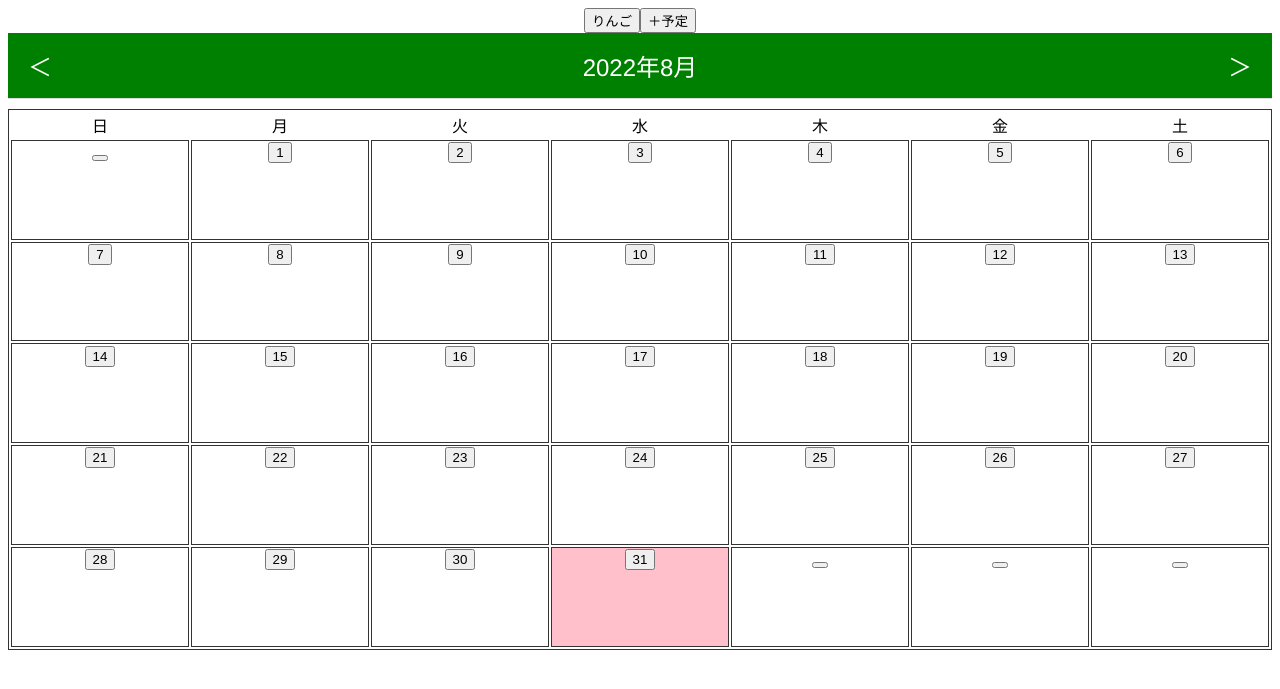
Repository: webex15-team-4/tarava-calendar
Page: /
An editor plug-in stored every save of this project. The page is shown before and after the next save, followed by the edit.
The browser window is 1280 px wide. The pictures show the whole page.
The project was rebuilt for these pictures with package versions that can differ from the ones it lists, and the page was loaded fresh each time. Also part of the build but not shown: vue.config.js, src/components/HelloWorld.vue, src/views/HomeView.vue.

Above is the page before, as saved 2022-09-13 16:54:50.

After the next save:
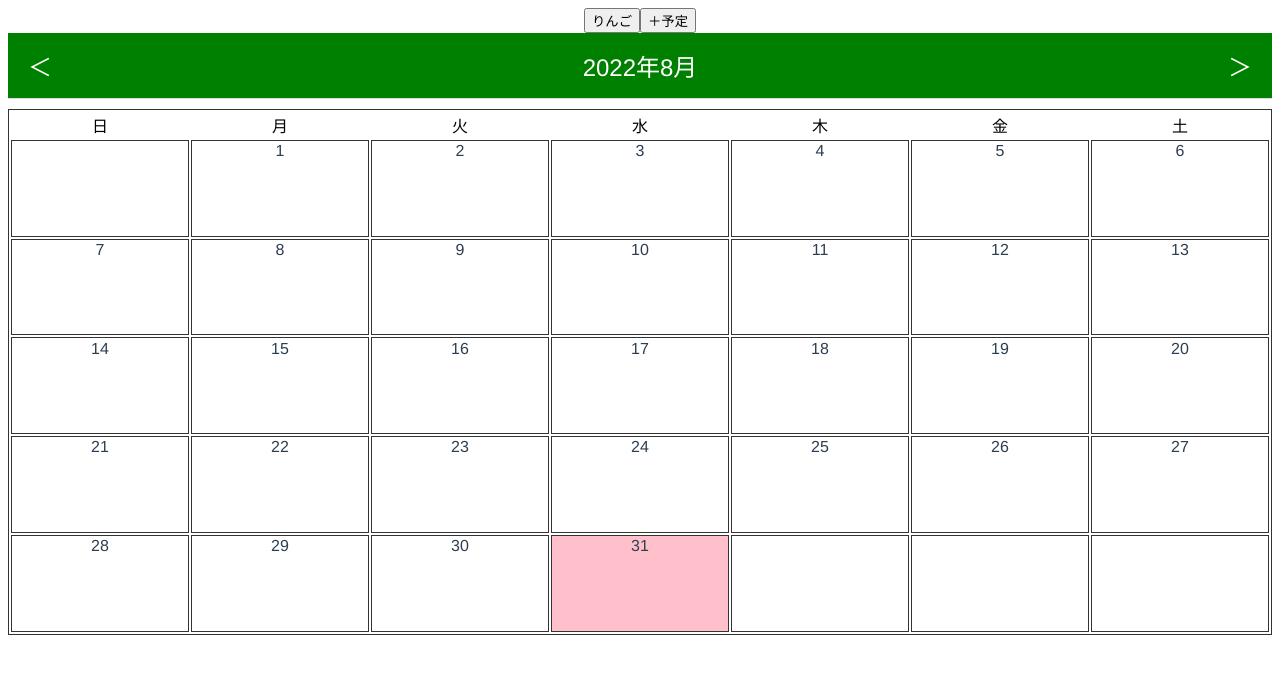
Saved 51 s later.
--- a/src/components/CalendarVue.vue
+++ b/src/components/CalendarVue.vue
@@ -18,9 +18,7 @@
             :key="dayNumberIndex"
             :class="{ today: isToday(dayNumber) }"
           >
-            <span
-              ><button v-on:click="dayNumber2">{{ dayNumber }}</button></span
-            >
+            <span v-on:click="dayNumber2">{{ dayNumber }}</span>
           </td>
         </tr>
       </tbody>
